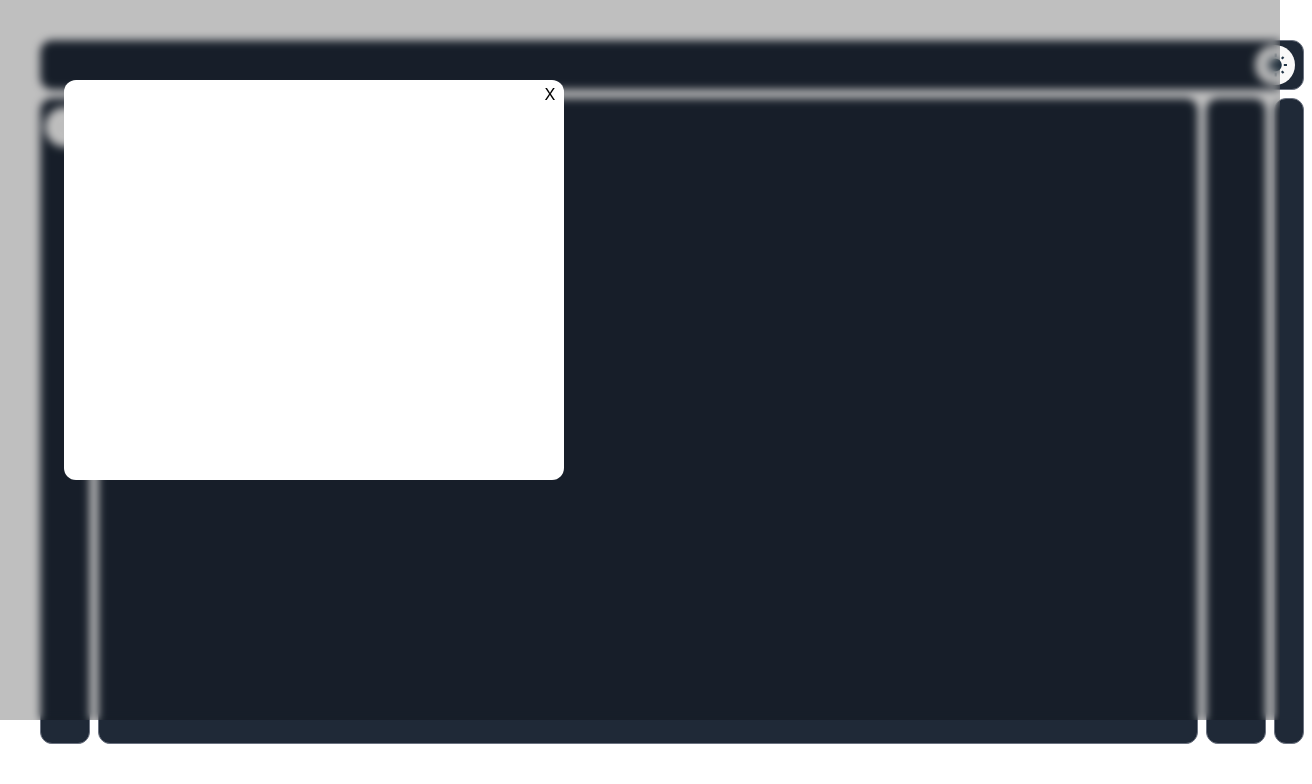
Repository: Wuiserous/Todo-App
Page: /, after clicking the first element matching `button.w-10`
The author's editor kept a copy of each file at every save. The page is drawn from the files as they stood at one save, then again after the next save.
The browser window is 1280 px wide. The page is 1312 px wide, so the pictures cover 1312 px, including what lies to the right of the window. The pictures show the whole page.
The project was rebuilt for these pictures with package versions that can differ from the ones it lists, and the page was loaded fresh each time. Also part of the build but not shown: vite.config.js.

Above is the page before, as saved 2024-11-10 12:41:05.

### src/index.css
/* src/index.css */
@tailwind base;
@tailwind components;
@tailwind utilities;

:root {
  font-family: Inter, system-ui, Avenir, Helvetica, Arial, sans-serif;
  line-height: 1.5;
  font-weight: 400;

  color-scheme: light dark;
  color: rgba(255, 255, 255, 0.87);
  background-color: black;

  font-synthesis: none;
  text-rendering: optimizeLegibility;
  -webkit-font-smoothing: antialiased;
  -moz-osx-font-smoothing: grayscale;
}

a {
  font-weight: 500;
  color: #646cff;
  text-decoration: inherit;
}
a:hover {
  color: #535bf2;
}

h1 {
  font-size: 3.2em;
  line-height: 1.1;
}


button:hover {
  border-color: #646cff;
}
button:focus,
button:focus-visible {
  outline: 4px auto -webkit-focus-ring-color;
}

@media (prefers-color-scheme: light) {
  :root {
    color: #213547;
    background-color: #ffffff;
  }
  a:hover {
    color: #747bff;
  }
  button {
    background-color: #f9f9f9;
  }
}

### src/App.jsx
import { useState } from 'react'
import './App.css'
import { MdWbSunny } from "react-icons/md";
import { AiFillMoon } from "react-icons/ai";
import { IoMdAddCircle } from "react-icons/io";
import ToolBar from './components/ToolBar'
import NavBar from './components/NavBar'
import TaskSpace from './components/TaskSpace'
import Modal from './components/Modal'
import ProgressSpace from './components/ProgressSpace'
import MotivationSpace from './components/MotivationSpace'

function App() {
  const [darkMode, setDarkMode] = useState(false)
  const [showModal, setShowModal] = useState(false)
  const hideModal = () => setShowModal(false)
  return (
    <div className='w-[100vw] overflow-hidden p-2 gap-2 h-[100vh] grid grid-cols-[50px_1100px_60px_1fr] grid-rows-[50px_1fr_1fr_1fr]'>
      <ToolBar bgColor={darkMode?'bg-gray-100' : 'bg-gray-800'} Button={<button className="w-10 focus:outline-none h-10 rounded-full flex items-center justify-center" onClick={() => setShowModal(true)}><IoMdAddCircle className={`${darkMode ? 'text-black' : 'text-white'}`} size={40} /></button>} />
      <NavBar Button={<button className="w-10 h-10 focus:outline-none rounded-full flex items-center justify-center" onClick={() => setDarkMode(!darkMode)}>{darkMode ? <AiFillMoon className='text-black' size={25} /> : <MdWbSunny size={25} />}</button>} bgColor={darkMode?'bg-gray-100' : 'bg-gray-800' }/>
      <TaskSpace bgColor={darkMode?'bg-gray-100' : 'bg-gray-800' } />
      <ProgressSpace bgColor={darkMode?'bg-gray-100' : 'bg-gray-800' } />
      <MotivationSpace bgColor={darkMode?'bg-gray-100' : 'bg-gray-800' } />
      <Modal Show={showModal} hide={hideModal} />
    </div>
  )
}

export default App

### src/components/ToolBar.jsx
export default function ToolBar(props) {
    return (
      <div className={`border ${props.bgColor} border-gray-500 p-2 flex justify-center rounded-xl col-span-1 row-start-2 row-end-5`}>
        {props.Button}
      </div>
    )
}

### src/components/NavBar.jsx
import { useState } from 'react'

export default function NavBar(props) {
    return (
      <div className={`rounded-xl col-span-4 border ${props.bgColor} border-gray-500 flex items-center justify-end p-2`}>
        {props.Button}
      </div>
    )
}

### src/components/TaskSpace.jsx
export default function TaskSpace(props) {
    return (
      <div className={`rounded-xl col-start-2 row-start-2 row-end-5 border ${props.bgColor} border-gray-500`}></div>
    )
}

### src/components/Modal.jsx
import { useState, useEffect } from "react";

export default function Modal(props) {
    const [isVisible, setIsVisible] = useState(false);

    useEffect(() => {
        if (props.Show) {
            // Trigger animation when modal is shown
            setIsVisible(true);
        } else {
            // Reset visibility state when modal is hidden
            setIsVisible(false);
        }
    }, [props.Show]);

    if (!props.Show) return null;

    const hide = (e) => {
        if (e.target.id === "wrapper") props.hide();
    };

    return (
      <div
        className="fixed inset-0 bg-black bg-opacity-25 backdrop-blur-sm"
        id="wrapper"
        onClick={hide}
      >
        <div
          className={`relative w-[500px] top-20 left-16 h-[400px] bg-white rounded-xl flex flex-col justify-center items-center text-black transform transition-all duration-500 ${
            isVisible ? "scale-100 opacity-100" : "scale-50 opacity-0"
          }`}
        >
          <button
            onClick={props.hide}
            className="absolute top-1 right-1 w-5 h-5 p-2 flex items-center justify-center rounded-full focus:outline-none bg-transparent text-black"
          >
            X
          </button>
        </div>
      </div>
    );
}

### src/components/ProgressSpace.jsx
export default function ProgressSpace(props) {
    return (
      <div className={`rounded-xl row-start-2 row-end-5 col-start-3 col-end-4 border ${props.bgColor} border-gray-500`}></div>
    )
}

### src/components/MotivationSpace.jsx
export default function MotivationSpace(props) {
    return (
      <div className={`rounded-xl row-start-2 row-end-5 col-start-4 col-end-4 col-span-3 border ${props.bgColor} border-gray-500`}></div>
    )
}

Loaded but not shown: src/main.jsx (common file); src/App.css (common file); tailwind.config.js (common file)

After the next save:
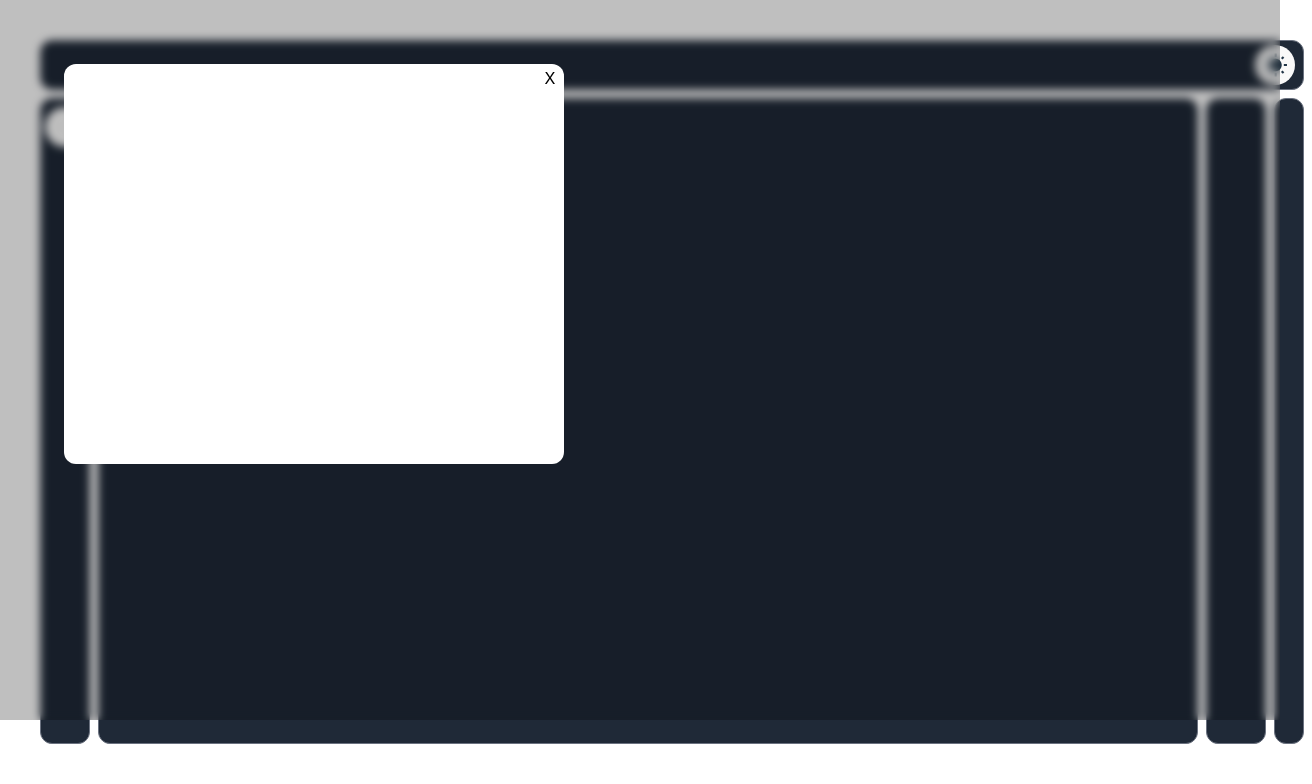
Saved 40 s later.
--- a/src/components/Modal.jsx
+++ b/src/components/Modal.jsx
@@ -26,7 +26,7 @@ export default function Modal(props) {
         onClick={hide}
       >
         <div
-          className={`relative w-[500px] top-20 left-16 h-[400px] bg-white rounded-xl flex flex-col justify-center items-center text-black transform transition-all duration-500 ${
+          className={`relative w-[500px] top-16 left-16 h-[400px] bg-white rounded-xl flex flex-col justify-center items-center text-black transform transition-all duration-500 ${
             isVisible ? "scale-100 opacity-100" : "scale-50 opacity-0"
           }`}
         >
